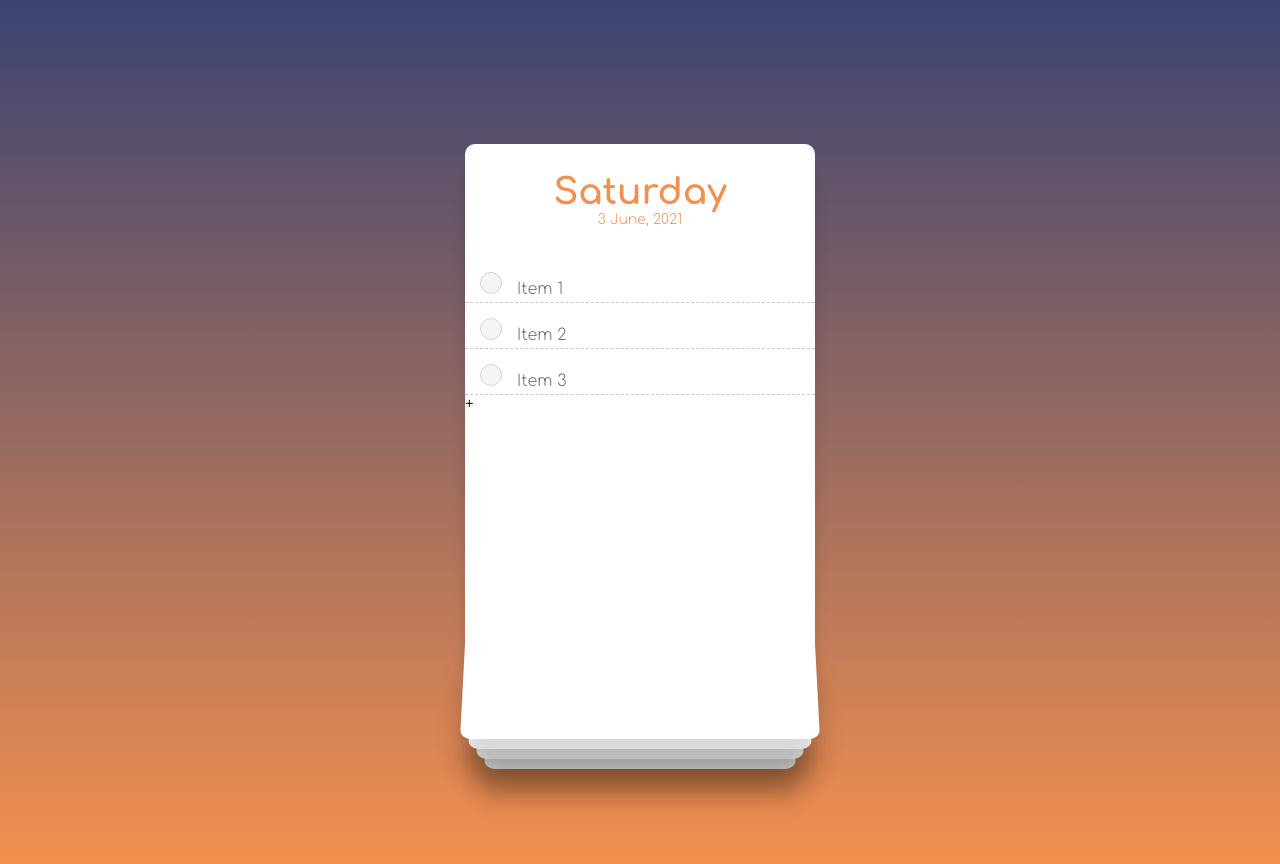
Repository: Colo-Codes/mini-projects
Page: todo-app/index.html
These files come from the project's save history. The page is drawn as it stood at one moment and after the next save; the edit follows.
The browser window is 1280 px wide. The pictures show the whole page.

Above is the page before, as saved 2021-07-04 12:12:35.

After the next save:
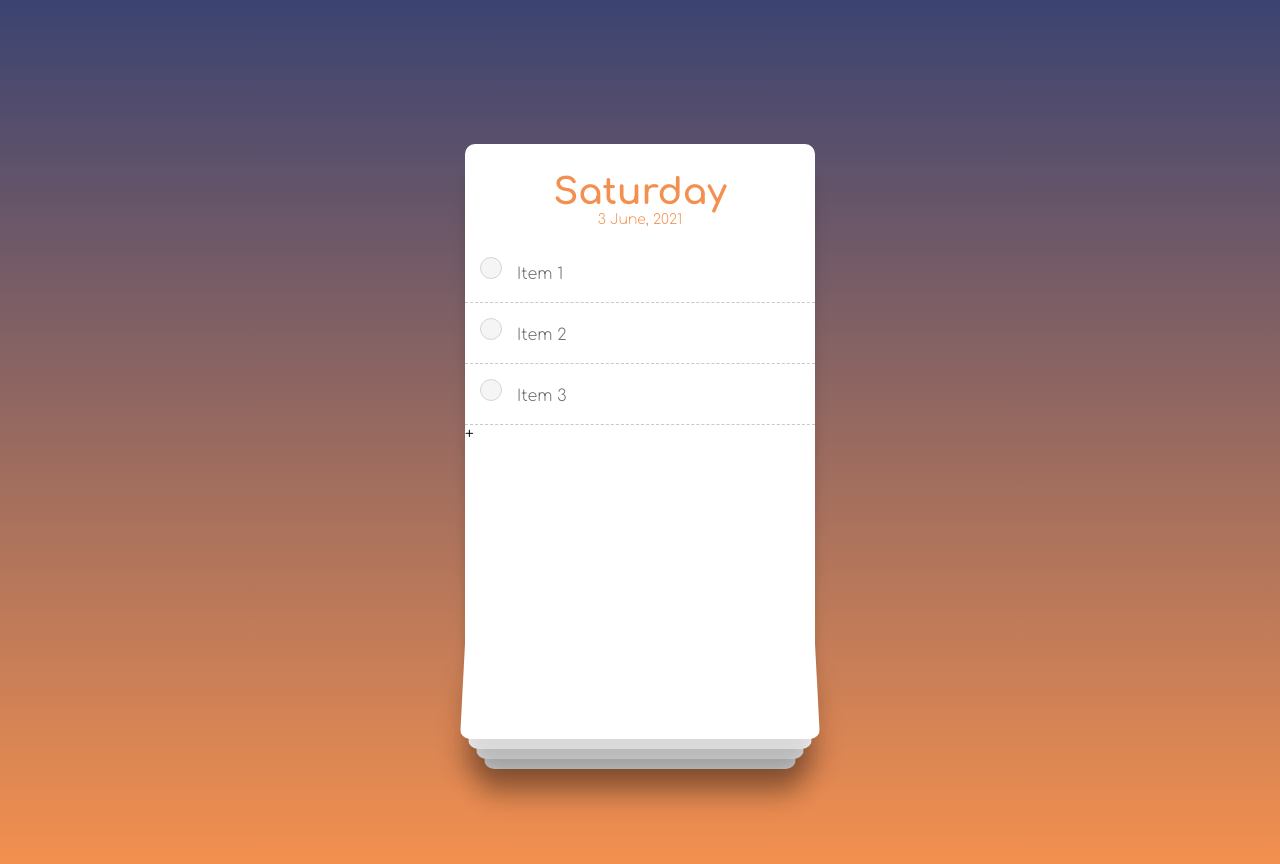
Saved 14 s later.
--- a/todo-app/css/index.css
+++ b/todo-app/css/index.css
@@ -127,7 +127,7 @@ div [id^='sheet-'] {
     border-bottom: 1px dashed #c9c9c9;
     margin: auto 0;
     list-style: none;
-    padding-top: 15px;
+    margin-top: 15px;
 }
 
 .todo--tasks-list--item--checkbox {
